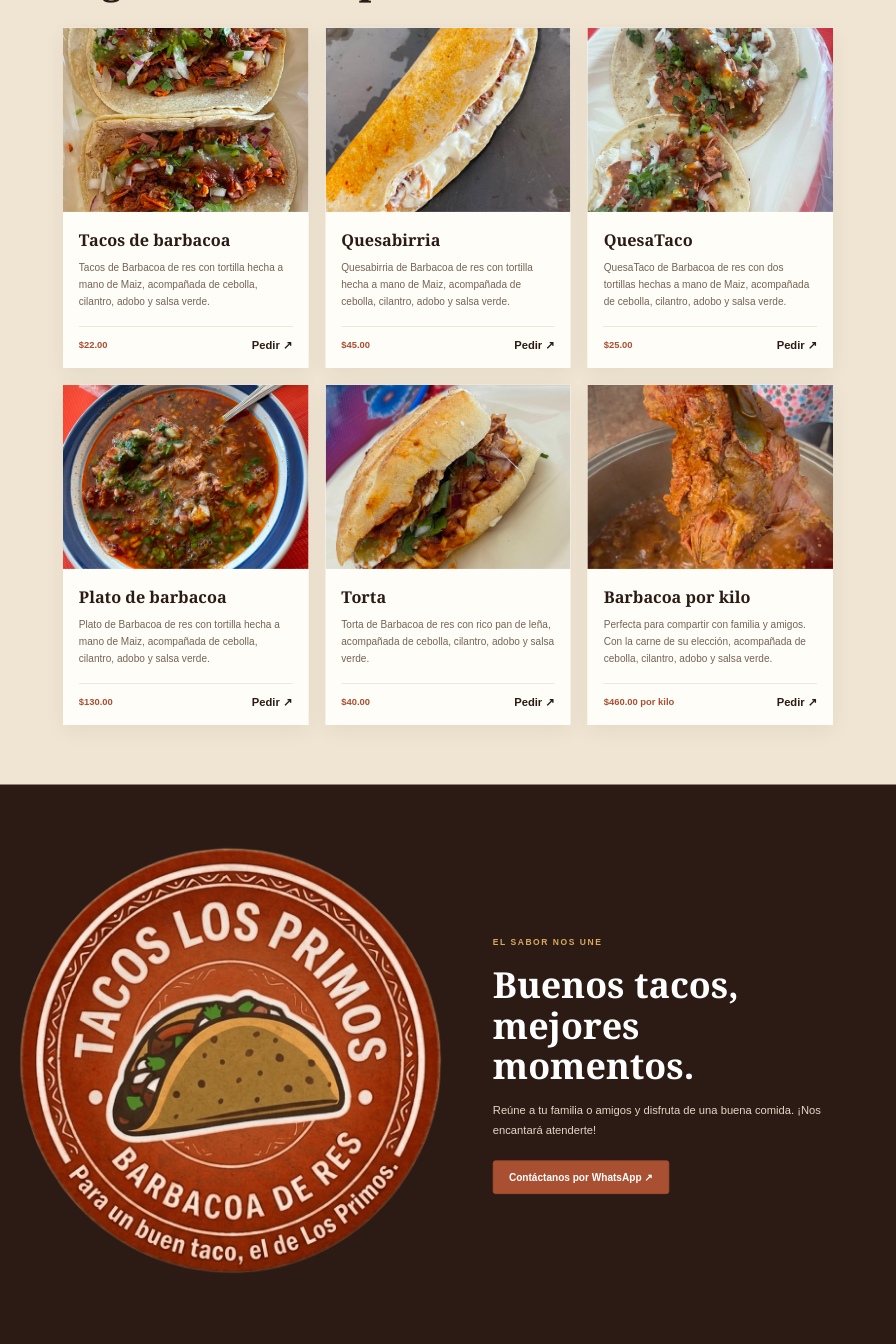
Repository: rafaelsilva2k/TacoslosPrimos-landingP
Page: /
These files come from the project's save history. The page is drawn as it stood at one moment and after the next save; the edit follows.
The browser window is 1280 px wide. The pictures show the part of the page from y = 1364 to 3284 px (the page is 4126 px tall), at 70% of full size.
The project was rebuilt for these pictures with package versions that can differ from the ones it lists, and the page was loaded fresh each time. Also part of the build but not shown: vite.config.js.

Above is the page before, as saved 2026-10-23 11:52:49.

### index.html

<!doctype html>
<html lang="es-MX">
  <head>
    <meta charset="UTF-8" />
    <meta name="viewport" content="width=device-width, initial-scale=1.0" />
    <meta
      name="description"
      content="Disfruta deliciosos tacos de barbacoa de res en Morelia, Michoacán. Consulta nuestro menú y haz tu pedido por WhatsApp."
    />
    <meta name="theme-color" content="#2b1b14" />
    <title>Tacos Los Primos | Barbacoa de res en Morelia</title>
  </head>
  <body>
    <div id="root"></div>
    <script type="module" src="/src/main.jsx"></script>
  </body>
</html>

### src/index.css

* {
  box-sizing: border-box;
}

html {
  scroll-behavior: smooth;
  scroll-padding-top: 20px;
}

body {
  margin: 0;
  min-width: 320px;
  font-family: Arial, Helvetica, sans-serif;
  background: #faf4e9;
  color: #38271d;
  -webkit-font-smoothing: antialiased;
}

button,
a {
  -webkit-tap-highlight-color: transparent;
}

img {
  max-width: 100%;
}

::selection {
  background: #a94f32;
  color: white;
}

### src/App.jsx

import "./App.css";

const NEGOCIO = {
  nombre: "TACOS LOS PRIMOS",
  lema: "Barbacoa de res estilo Tierra Caliente",
  ciudad: "Morelia, Michoacán",
  telefonoWhatsApp: "524531285884",
  direccion: "Sobre Avenida Amalia Solorzano, Frente a Primaria Ignacio Manuel Altamirano, Morelia, Michoacán",
  horario: "Lunes a Domingo: 8:00 AM - 12:40 PM",
};

const menu = [
  {
    nombre: "Tacos de barbacoa",
    descripcion:
      "Tacos de Barbacoa de res con tortilla hecha a mano de Maiz, acompañada de cebolla, cilantro, adobo y salsa verde.",
    imagen: "src/assets/tacos.png",
    precio: "$22.00",
  },
  {
    nombre: "Quesabirria",
    descripcion:
      "Quesabirria de Barbacoa de res con tortilla hecha a mano de Maiz, acompañada de cebolla, cilantro, adobo y salsa verde.",
    imagen: "src/assets/quesabirria.png",
    precio: "$45.00",
  },
  {
    nombre: "QuesaTaco",
    descripcion:
      "QuesaTaco de Barbacoa de res con dos tortillas hechas a mano de Maiz, acompañada de cebolla, cilantro, adobo y salsa verde.",
    imagen: "src/assets/quesataco.png",
    precio: "$25.00",
  },
  {
    nombre: "Plato de barbacoa",
    descripcion:
      "Plato de Barbacoa de res con tortilla hecha a mano de Maiz, acompañada de cebolla, cilantro, adobo y salsa verde.",
    imagen: "src/assets/plato.png",
    precio: "$130.00",
  },
  {
    nombre: "Torta",
    descripcion:
      "Torta de Barbacoa de res con rico pan de leña, acompañada de cebolla, cilantro, adobo y salsa verde.",
    imagen: "src/assets/torta.png",
    precio: "$40.00",
  },
  {
    nombre: "Barbacoa por kilo",
    descripcion:
      "Perfecta para compartir con familia y amigos. Con la carne de su elección, acompañada de cebolla, cilantro, adobo y salsa verde.",
    imagen: "src/assets/porkilo.png",
    precio: "$460.00 por kilo",
  },
];

function crearMensaje(producto = "") {
  const mensaje = producto
    ? `Hola, quiero pedir ${producto}. ¿Me pueden dar información?`
    : `Hola, quiero conocer el menú de ${NEGOCIO.nombre}.`;

  return `https://wa.me/${NEGOCIO.telefonoWhatsApp}?text=${encodeURIComponent(
    mensaje
  )}`;
}

function App() {
  return (
    <>
      <header className="navbar">
        <a href="#inicio" className="marca">
          <img
            src="/src/assets/logo.png"
            alt={`Logotipo de ${NEGOCIO.nombre}`}
            className="logo"
          />
          <span>{NEGOCIO.nombre}</span>
        </a>

        <nav className="nav-links" aria-label="Navegación principal">
          <a href="#menu">Menú</a>
          <a href="#nosotros">Nosotros</a>
          <a href="#ubicacion">Ubicación</a>
        </nav>

        <a
          className="boton boton-nav"
          href={crearMensaje()}
          target="_blank"
          rel="noreferrer"
        >
          Pedir por WhatsApp
        </a>
      </header>

      <main>
        <section className="hero" id="inicio">
          <div className="hero-contenido">
            <span className="etiqueta">
              SABOR TRADICIONAL · {NEGOCIO.ciudad.toUpperCase()}
            </span>

            <h1>
              El sabor de una buena
              <span> barbacoa.</span>
            </h1>

            <p>
              Ven a disfrutar nuestros tacos de barbacoa de res,
              preparados para compartir buenos momentos y mucho sabor.
            </p>

            <div className="hero-botones">
              <a
                className="boton"
                href={crearMensaje()}
                target="_blank"
                rel="noreferrer"
              >
                Haz tu pedido <span aria-hidden="true">↗</span>
              </a>

              <a className="boton boton-secundario" href="#menu">
                Conoce nuestro menú
              </a>
            </div>
          </div>

          <div className="hero-pie">
            <span>BARBACOA DE RES</span>
            <span>HECHA PARA COMPARTIR</span>
          </div>
        </section>

        <section className="introduccion" id="nosotros">
          <span className="etiqueta etiqueta-oscura">
            BIENVENIDOS A {NEGOCIO.nombre}
          </span>

          <h2>{NEGOCIO.lema}.</h2>

          <p>
            Nos encanta compartir el sabor de la barbacoa de res.
            Queremos que cada visita sea una buena experiencia,
            desde el primer taco hasta el último bocado.
          </p>
        </section>

        <section className="seccion-menu" id="menu">
          <div className="encabezado-seccion">
            <div>
              <span className="etiqueta etiqueta-oscura">
                RECIÉN PREPARADO
              </span>
              <h2>Algo bueno te espera.</h2>
            </div>

            <p>
              Descubre nuestros favoritos y encuentra el
              acompañamiento perfecto.
            </p>
          </div>

          <div className="menu-grid">
            {menu.map((producto) => (
              <article className="producto" key={producto.nombre}>
                <div className="producto-imagen">
                  <img
                    src={producto.imagen}
                    alt={producto.nombre}
                    loading="lazy"
                  />
                </div>

                <div className="producto-info">
                  <h3>{producto.nombre}</h3>
                  <p>{producto.descripcion}</p>

                  <div className="producto-pie">
                    <span>{producto.precio}</span>
                    <a
                      href={crearMensaje(producto.nombre)}
                      target="_blank"
                      rel="noreferrer"
                      aria-label={`Pedir información sobre ${producto.nombre}`}
                    >
                      Pedir ↗
                    </a>
                  </div>
                </div>
              </article>
            ))}
          </div>
        </section>

        <section className="destacado">
          <div className="destacado-imagen">
            <img
              src="/src/assets/logo.png"
              alt={`Conoce ${NEGOCIO.nombre}`}
              loading="lazy"
            />
          </div>

          <div className="destacado-texto">
            <span className="etiqueta">
              EL SABOR NOS UNE
            </span>

            <h2>Buenos tacos, mejores momentos.</h2>

            <p>
              Reúne a tu familia o amigos y disfruta de una buena
              comida. ¡Nos encantará atenderte!
            </p>

            <a
              className="boton"
              href={crearMensaje()}
              target="_blank"
              rel="noreferrer"
            >
              Contáctanos por WhatsApp ↗
            </a>
          </div>
        </section>

        <section className="ubicacion" id="ubicacion">
          <span className="etiqueta etiqueta-oscura">
            ENCUÉNTRANOS
          </span>

          <h2>Te esperamos.</h2>

          <p>
            <strong>Ubicación:</strong> {NEGOCIO.direccion}
          </p>

          <p>
            <strong>Horario:</strong> {NEGOCIO.horario}
          </p>

          <p>{NEGOCIO.ciudad}</p>

          <a
            className="boton"
            href="https://maps.google.com/?q=19.657452%2C-101.195000"
            target="_blank"
            rel="noreferrer"
          >
            Buscar en Google Maps ↗
          </a>

          <p>
          <a
            className="boton"
            href="https://oia.didiglobal.com/dlp/0SPnBE"
            target="_blank"
            rel="noreferrer"
          >
            Buscar en DIDI Food ↗
          </a>
          </p>


        </section>
      </main>

      <footer className="footer">
        <a href="#inicio" className="marca marca-footer">
          <img src="/src/assets/logo.png" alt="" className="logo" />
          <span>{NEGOCIO.nombre}</span>
        </a>

        <p>El sabor de la tradición, en cada taco.</p>

        <a
          href={crearMensaje()}
          target="_blank"
          rel="noreferrer"
        >
          Escríbenos por WhatsApp
        </a>

        <small>
          © {new Date().getFullYear()} {NEGOCIO.nombre}. Todos los derechos
          reservados.
        </small>
      </footer>

      <a
        className="whatsapp-flotante"
        href={crearMensaje()}
        target="_blank"
        rel="noreferrer"
        aria-label="Contactar por WhatsApp"
      >
        WhatsApp ↗
      </a>
    </>
  );
}

export default App;

### src/App.css

:root {
  --cafe: #2b1b14;
  --cafe-claro: #4b3022;
  --crema: #faf4e9;
  --terracota: #a94f32;
  --dorado: #d9a85e;
  --texto: #38271d;
  --blanco: #fffdf8;
}

#root {
  width: 100%;
}

.navbar {
  min-height: 82px;
  padding: 14px 6%;
  display: flex;
  align-items: center;
  justify-content: space-between;
  gap: 24px;
  background: var(--crema);
}

.marca {
  display: flex;
  align-items: center;
  gap: 12px;
  color: var(--cafe);
  font-weight: 900;
  font-size: 1.05rem;
  letter-spacing: 1px;
  text-decoration: none;
}

.logo {
  width: 48px;
  height: 48px;
  object-fit: contain;
}

.nav-links {
  display: flex;
  align-items: center;
  gap: 30px;
}

.nav-links a,
.footer > a:not(.marca) {
  color: var(--texto);
  text-decoration: none;
  font-size: 0.9rem;
}

.nav-links a:hover,
.footer > a:not(.marca):hover {
  color: var(--terracota);
}

.boton {
  display: inline-flex;
  align-items: center;
  justify-content: center;
  gap: 10px;
  min-height: 48px;
  padding: 13px 22px;
  border: 1px solid var(--terracota);
  border-radius: 4px;
  background: var(--terracota);
  color: white;
  font-weight: 700;
  font-size: 0.9rem;
  text-decoration: none;
  transition: background 0.2s, transform 0.2s;
}

.boton:hover {
  background: #853c26;
  transform: translateY(-2px);
}

.boton-nav {
  min-height: 42px;
  padding: 10px 16px;
}

.hero {
  position: relative;
  display: flex;
  align-items: center;
  min-height: 620px;
  padding: 90px 8% 105px;
  color: white;
  background:
    linear-gradient(
      90deg,
      rgba(31, 19, 12, 0.94) 0%,
      rgba(31, 19, 12, 0.75) 48%,
      rgba(31, 19, 12, 0.15) 100%
    ),
    url("/tacos-barbacoa.jpg") center 55% / cover no-repeat;
}

.hero-contenido {
  max-width: 680px;
}

.etiqueta {
  display: inline-block;
  margin-bottom: 22px;
  color: var(--dorado);
  font-size: 0.76rem;
  font-weight: 800;
  letter-spacing: 2.2px;
  line-height: 1.6;
}

.hero h1 {
  margin: 0;
  font-family: Georgia, "Times New Roman", serif;
  font-size: clamp(3rem, 6.4vw, 5.5rem);
  line-height: 1.04;
  letter-spacing: -2px;
}

.hero h1 span {
  display: block;
  color: var(--dorado);
}

.hero-contenido > p {
  max-width: 500px;
  margin: 25px 0 30px;
  color: #f0e5d8;
  font-size: 1.05rem;
  line-height: 1.9;
}

.hero-botones {
  display: flex;
  flex-wrap: wrap;
  gap: 12px;
}

.boton-secundario {
  border-color: rgba(255, 255, 255, 0.65);
  background: transparent;
}

.boton-secundario:hover {
  background: rgba(255, 255, 255, 0.12);
}

.hero-pie {
  position: absolute;
  right: 8%;
  bottom: 25px;
  left: 8%;
  display: flex;
  justify-content: space-between;
  gap: 20px;
  padding-top: 15px;
  border-top: 1px solid rgba(255, 255, 255, 0.35);
  color: #f4e3cd;
  font-size: 0.68rem;
  font-weight: 700;
  letter-spacing: 2px;
}

.introduccion {
  max-width: 850px;
  margin: 0 auto;
  padding: 100px 24px;
  text-align: center;
}

.etiqueta-oscura {
  color: var(--terracota);
}

.introduccion h2,
.encabezado-seccion h2,
.ubicacion h2 {
  margin: 0;
  color: var(--cafe);
  font-family: Georgia, "Times New Roman", serif;
  font-size: clamp(2.2rem, 4vw, 3.3rem);
  line-height: 1.15;
}

.introduccion > p {
  max-width: 650px;
  margin: 24px auto 0;
  color: #6d5a4d;
  font-size: 1.02rem;
  line-height: 1.9;
}

.seccion-menu {
  padding: 85px 7%;
  background: #f0e5d3;
}

.encabezado-seccion {
  display: flex;
  align-items: end;
  justify-content: space-between;
  gap: 30px;
  margin-bottom: 38px;
}

.encabezado-seccion .etiqueta {
  margin-bottom: 14px;
}

.encabezado-seccion > p {
  max-width: 330px;
  margin: 0 0 5px;
  color: #6d5a4d;
  line-height: 1.8;
}

.menu-grid {
  display: grid;
  grid-template-columns: repeat(3, minmax(0, 1fr));
  gap: 24px;
}

.producto {
  overflow: hidden;
  background: var(--blanco);
  box-shadow: 0 8px 28px rgba(43, 27, 20, 0.06);
}

.producto-imagen {
  overflow: hidden;
  aspect-ratio: 4 / 3;
  background: #e4d5c0;
}

.producto-imagen img,
.destacado-imagen img {
  width: 100%;
  height: 100%;
  display: block;
  object-fit: cover;
  transition: transform 0.4s;
}

.producto:hover .producto-imagen img {
  transform: scale(1.04);
}

.producto-info {
  padding: 23px;
}

.producto-info h3 {
  margin: 0 0 12px;
  color: var(--cafe);
  font-family: Georgia, "Times New Roman", serif;
  font-size: 1.45rem;
}

.producto-info > p {
  min-height: 55px;
  margin: 0;
  color: #756255;
  font-size: 0.9rem;
  line-height: 1.7;
}

.producto-pie {
  display: flex;
  align-items: center;
  justify-content: space-between;
  gap: 12px;
  margin-top: 22px;
  padding-top: 17px;
  border-top: 1px solid #eadfce;
}

.producto-pie span {
  color: var(--terracota);
  font-size: 0.84rem;
  font-weight: 800;
}

.producto-pie a {
  color: var(--cafe);
  font-weight: 800;
  text-decoration: none;
}

.destacado {
  display: grid;
  grid-template-columns: 1fr 1fr;
  min-height: 430px;
  background: var(--cafe);
  color: white;
}

.destacado-imagen {
  min-height: 400px;
  overflow: hidden;
}

.destacado-texto {
  display: flex;
  flex-direction: column;
  align-items: flex-start;
  justify-content: center;
  padding: 65px 10%;
}

.destacado-texto h2 {
  max-width: 450px;
  margin: 0;
  font-family: Georgia, "Times New Roman", serif;
  font-size: clamp(2.3rem, 4vw, 3.5rem);
  line-height: 1.12;
}

.destacado-texto > p {
  margin: 22px 0 28px;
  color: #e5d6c8;
  line-height: 1.8;
}

.ubicacion {
  padding: 100px 24px;
  background: var(--crema);
  text-align: center;
}

.ubicacion .etiqueta {
  margin-bottom: 14px;
}

.ubicacion h2 {
  margin-bottom: 25px;
}

.ubicacion > p {
  margin: 12px 0;
  color: #6d5a4d;
  line-height: 1.7;
}

.ubicacion .boton {
  margin-top: 20px;
}

.footer {
  display: flex;
  flex-direction: column;
  align-items: center;
  gap: 18px;
  padding: 45px 24px 30px;
  background: #21140f;
  color: #e7d9c9;
  text-align: center;
}

.marca-footer {
  color: white;
}

.footer > p {
  margin: 0;
  color: #cbb9a6;
}

.footer small {
  margin-top: 15px;
  color: #ad9986;
  font-size: 0.75rem;
}

.whatsapp-flotante {
  position: fixed;
  right: 22px;
  bottom: 22px;
  z-index: 10;
  padding: 14px 19px;
  border-radius: 50px;
  background: #218c53;
  color: white;
  font-size: 0.88rem;
  font-weight: 800;
  text-decoration: none;
  box-shadow: 0 5px 20px rgba(0, 0, 0, 0.2);
}

.whatsapp-flotante:hover {
  background: #176c3e;
}

@media (max-width: 850px) {
  .navbar {
    flex-wrap: wrap;
    padding: 14px 5%;
  }

  .nav-links {
    order: 3;
    width: 100%;
    justify-content: center;
    gap: 25px;
    padding-top: 12px;
    border-top: 1px solid #e8ddcd;
  }

  .hero {
    min-height: 570px;
    padding-right: 6%;
    padding-left: 6%;
    background-position: 58% center;
  }

  .menu-grid {
    grid-template-columns: repeat(2, minmax(0, 1fr));
  }

  .destacado-texto {
    padding: 45px 8%;
  }
}

@media (max-width: 560px) {
  .navbar {
    gap: 12px;
  }

  .marca {
    gap: 8px;
    font-size: 0.86rem;
  }

  .logo {
    width: 40px;
    height: 40px;
  }

  .boton-nav {
    padding: 10px 11px;
    font-size: 0.76rem;
  }

  .nav-links {
    gap: 19px;
  }

  .nav-links a {
    font-size: 0.82rem;
  }

  .hero {
    min-height: 600px;
    padding: 70px 6% 100px;
    background-position: 62% center;
  }

  .hero h1 {
    font-size: clamp(2.8rem, 12vw, 4rem);
    letter-spacing: -1.5px;
  }

  .hero-contenido > p {
    font-size: 0.96rem;
  }

  .hero-botones {
    align-items: stretch;
    flex-direction: column;
  }

  .hero-botones .boton {
    width: 100%;
    box-sizing: border-box;
  }

  .hero-pie {
    right: 6%;
    left: 6%;
    font-size: 0.55rem;
    letter-spacing: 1px;
  }

  .introduccion {
    padding: 75px 22px;
  }

  .seccion-menu {
    padding: 70px 6%;
  }

  .encabezado-seccion {
    align-items: flex-start;
    flex-direction: column;
    gap: 15px;
  }

  .menu-grid {
    grid-template-columns: 1fr;
    gap: 20px;
  }

  .producto-info > p {
    min-height: 0;
  }

  .destacado {
    grid-template-columns: 1fr;
  }

  .destacado-imagen {
    min-height: 280px;
    height: 280px;
  }

  .destacado-texto {
    padding: 55px 7%;
  }

  .ubicacion {
    padding: 75px 20px;
  }

  .whatsapp-flotante {
    right: 14px;
    bottom: 14px;
    padding: 13px 16px;
  }
}

Loaded but not shown: src/main.jsx (common file)

After the next save:
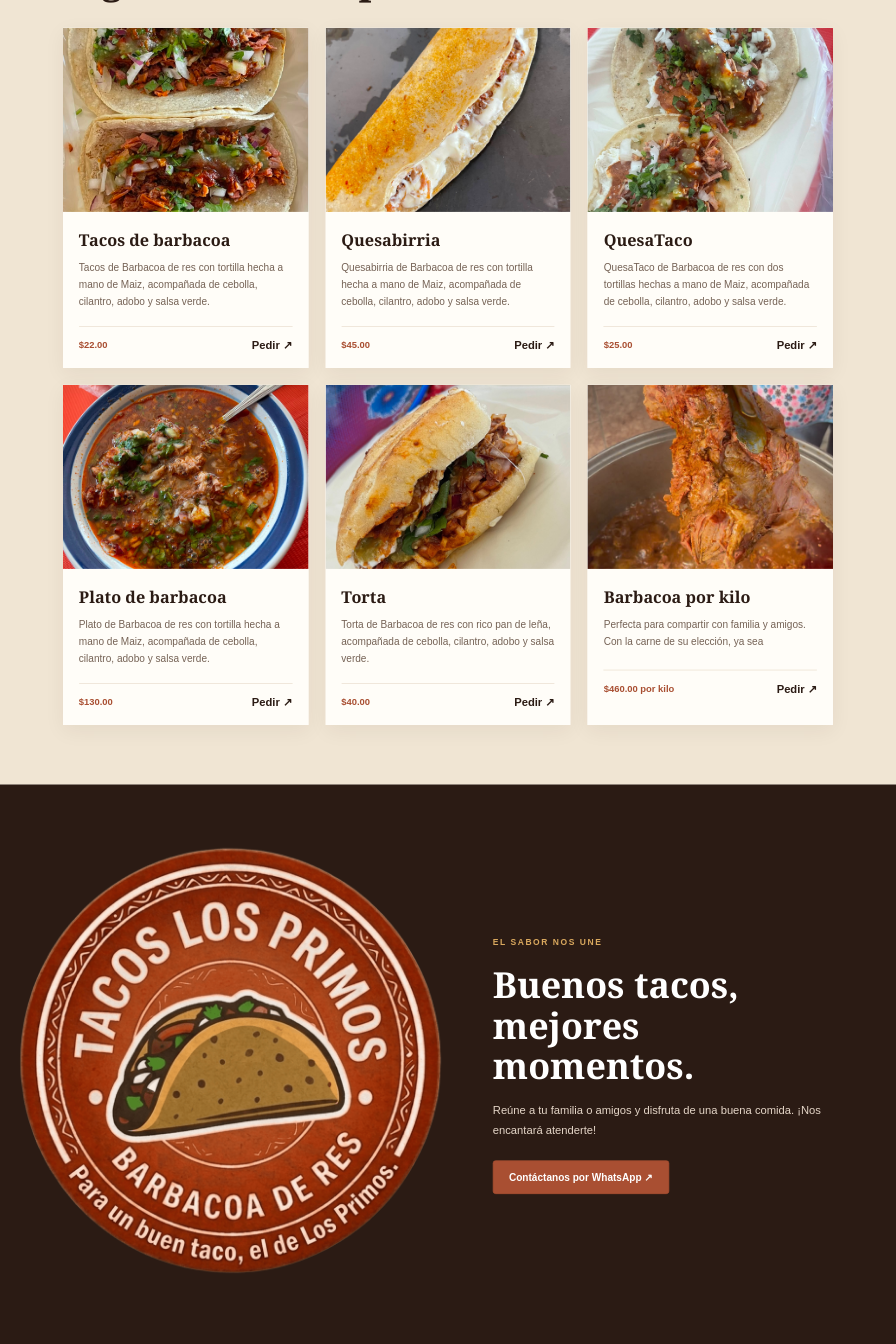
Saved 10 s later.
--- a/src/App.jsx
+++ b/src/App.jsx
@@ -49,7 +49,7 @@
   {
     nombre: "Barbacoa por kilo",
     descripcion:
-      "Perfecta para compartir con familia y amigos. Con la carne de su elección, acompañada de cebolla, cilantro, adobo y salsa verde.",
+      "Perfecta para compartir con familia y amigos. Con la carne de su elección, ya sea ",
     imagen: "src/assets/porkilo.png",
     precio: "$460.00 por kilo",
   },
